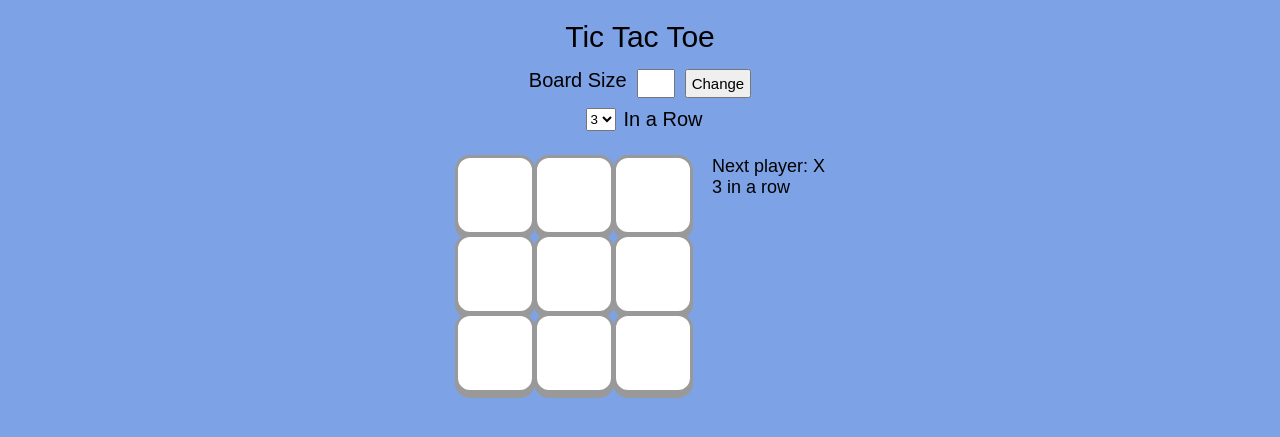
Repository: yshong211/tic-tac-toe-0708
Page: /
An editor plug-in stored every save of this project. The page is shown before and after the next save, followed by the edit.
The browser window is 1280 px wide. The pictures show the whole page.
The project was rebuilt for these pictures with package versions that can differ from the ones it lists, and the page was loaded fresh each time.

Above is the page before, as saved 2020-07-09 10:23:23.

### src/index.jsx
import React from 'react';
import ReactDOM from 'react-dom';
import './index.css';
import GetDim from './components/getDim/getDim';

// ========================================

// renders the game component to element

ReactDOM.render(<GetDim />, document.getElementById('root'));

### src/index.css
body {
  font: 18px 'Century Gothic', Futura, sans-serif; /* size, font */
  margin: 20px; /* space outside of border */
  background-color: rgb(126, 162, 230);
}

form {
  margin-bottom: 20px;
}

ol,
ul {
  padding-left: 30px; /* space b/t left border to content */
}

.board-row:after {
  clear: both;
  content: '';
  display: table;
}

.status {
  margin-bottom: 10px;
}


.square:focus {
  outline: none;
}

.kbd-navigation .square:focus {
  background: #ddd;
}

### src/components/getDim/getDim.jsx
import React from 'react';
import Game from '../game/game';
import './getDim.css';

export default class GetDim extends React.Component {
  constructor(props) {
    super(props);
    this.state = { rows: 3, winning: 3, board: [] };
    this.handleInputChange = this.handleInputChange.bind(this);
    this.handleClick = this.handleClick.bind(this);
  }

  handleInputChange(event) {
    const value = event.target.value;
    const name = event.target.name;
    this.setState({
      [name]: value,
    });
  }

  handleClick(e) {
    e.preventDefault();
    if (window.confirm('It will refresh the game! Continue?')) {
      if (this.refs.rows.value < 3 || this.refs.rows.value > 10) {
        alert('3-10 only');
      } else {
        this.setState({
          rows: this.refs.rows.value,
          board: [],
        });
      }
    }
  }

  how_many(rows) {
    let how = [];
    for (let i = 3; i <= rows; i++) {
      how.push(<option value={i}>{i}</option>);
    }
    return how;
  }

  render() {
    return (
      <div className="submission">
        <div className="game_name">Tic Tac Toe</div>
        <form>
          <label className="size">
            Board Size
            <br />
            <input ref="rows" type="number" />
            <button
              className="submit"
              onClick={(e) => {
                this.handleClick(e);
              }}
            >
              Change
            </button>
          </label>
        </form>

        <label className="win">
          <select
            className="win_select"
            name="winning"
            value={this.state.winning}
            onChange={this.handleInputChange}
          >
            {this.how_many(this.state.rows)}
          </select>
          In a Row
          <br />
        </label>

        <Game
          rows={parseInt(this.state.winning)}
          board_rows={parseInt(this.state.rows)}
          board={this.state.board}
        />
      </div>
    );
  }
}

### src/components/game/game.jsx
import React from 'react';
import Board from '../board/board';
import './game.css';

export default class Game extends React.Component {
  constructor(props) {
    super(props);
    this.state = {
      history: [], // track the last index
      stepNumber: 0, // count var
      xIsNext: true,
    };
  }

  hor(squares, row_length, count, x, o) {
    let index = 0;
    for (let i = 0; i < this.props.board_rows; i++) {
      for (let j = 0; j < this.props.board_rows; j++) {
        if (squares[index] === 'X') {
          x++;
          o = 0;
          count++;
        } else if (squares[index] === 'O') {
          o++;
          x = 0;
          count++;
        } else {
          count = 0;
        }
        index++;
        if (o >= row_length && count >= row_length) {
          return 'O';
        }
        if (x >= row_length && count >= row_length) {
          return 'X';
        }
      }
      x = 0;
      o = 0;
    }
  }

  vert(squares, row_length, count, x, o) {
    for (let i = 0; i < this.props.board_rows; i++) {
      for (
        let j = i;
        j < this.props.board_rows ** 2;
        j += this.props.board_rows
      ) {
        if (squares[j] === 'X') {
          x++;
          o = 0;
          count++;
        } else if (squares[j] === 'O') {
          o++;
          x = 0;
          count++;
        } else {
          count = 0;
        }
        if (o >= row_length && count >= row_length) {
          return 'O';
        }
        if (x >= row_length && count >= row_length) {
          return 'X';
        }
      }
      x = 0;
      o = 0;
    }
  }

  cross(squares, row_length, count, x, o) {
    //let track = 1;
    //let rows = this.props.board_rows;
    for (let i = row_length - 1; i < row_length ** 2 - 1; i += row_length - 1) {
      if (squares[i] === 'X') {
        x++;
      }
      if (squares[i] === 'O') {
        o++;
      }
      count++;
    }
    if (o === row_length) {
      return 'O';
    }
    if (x === row_length) {
      return 'X';
    }
    o = 0;
    x = 0;

    for (let j = row_length - 1; j < row_length ** 2 - 1; j += row_length - 1) {
      if (squares[j] === 'X') {
        x++;
      }
      if (squares[j] === 'O') {
        o++;
      }
      count++;
    }
    if (o === row_length) {
      return 'O';
    }
    if (x === row_length) {
      return 'X';
    }
    o = 0;
    x = 0;
  }

  calculateWinner(squares, rows) {
    const count = 0;
    const x = 0;
    const o = 0;
    if (
      this.hor(squares, rows, count, x, o) === 'O' ||
      this.hor(squares, rows, count, x, o) === 'X'
    ) {
      return this.hor(squares, rows, count, x, o);
    } else if (
      this.vert(squares, rows, count, x, o) === 'O' ||
      this.vert(squares, rows, count, x, o) === 'X'
    ) {
      return this.vert(squares, rows, count, x, o);
    } else if (
      this.cross(squares, rows, count, x, o) === 'O' ||
      this.cross(squares, rows, count, x, o) === 'X'
    ) {
      return this.cross(squares, rows, count, x, o);
    }

    return null;
  }

  handleClick(i) {
    const hist = this.state.history;
    const squares = this.props.board;
    const rows = this.props.rows;
    if (this.calculateWinner(squares, rows) || squares[i]) {
      // ends the game
      return;
    }
    squares[i] = this.state.xIsNext ? 'X' : 'O';
    hist.push(i);
    this.setState({
      board: squares,
      history: hist,
      stepNumber: this.state.history.length,
      xIsNext: !this.state.xIsNext, // changes turn
    });
  }

  jumpTo(history, board, step) {
    for (let i = history.length - 1; i >= step; i--) {
      board[history.pop()] = null;
    }
    this.setState({
      stepNumber: step,
      xIsNext: step % 2 === 0,
    });
  }

  render() {
    const board = this.props.board;
    const history = this.state.history;
    const rows = this.props.rows;
    const winner = this.calculateWinner(board, rows);
    const moves = history.map((step, move) => {
      const desc = move ? 'Go to move #' + move : 'Refresh';

      return (
        <li key={move}>
          <button onClick={() => this.jumpTo(history, board, move)}>
            {desc}
          </button>
        </li>
      );
    });

    let status;
    winner
      ? (status = 'Winner: ' + winner)
      : (status = 'Next player: ' + (this.state.xIsNext ? 'X' : 'O'));

    return (
      <div className="game">
        <div className="game-board">
          <Board
            rows={this.props.board_rows}
            squares={board}
            onClick={(i) => this.handleClick(i)}
          />
        </div>
        <div className="game-info">
          <div>{status}</div>
          <div>{rows} in a row</div>
          <ol>{moves}</ol>
        </div>
      </div>
    );
  }
}

### src/components/getDim/getDim.css
input {
  margin-left: 10px;
  width: 30px;
  height: 23px;
}
select {
  margin-left: 8px;
}
form {
  margin-bottom: 10px;
}
.game_name {
  font-size:30px;
  text-align: center;
  margin-bottom:15px;
}
.submit {
  margin-left: 10px;
  padding: 3px 5px;
  font-size: 15px;

}
.size {
  display: flex;
  font-size: 20px;
  justify-content: center;
}
.win {
  display: flex;
  font-size: 20px;
  justify-content: center;
  align-content: flex-start;
  padding: 0px;
  /*margin-top: 5px;*/
}
.win_select {
  margin-right: 8px;
}

### src/components/board/board.jsx
import React from 'react';
import Square from '../square/square';

export default class Board extends React.Component {
  renderSquare(i) {
    return (
      <Square
        value={this.props.squares[i]}
        onClick={() => this.props.onClick(i)}
      />
    );
  }
  create_rq(start, end) {
    let rows = [];
    for (let i = start; i < end; i++) {
      rows.push(this.renderSquare(i));
    }
    return rows;
  }
  create_row(start) {
    let board_r = [];
    for (let i = 0; i < start; i++) {
      let new_r = i * start;
      let new_end = parseInt(new_r) + parseInt(start);
      board_r.push(
        <div className="board-row">{this.create_rq(new_r, new_end)}</div>
      );
    }
    return board_r;
  }
  render() {
    return <div>{this.create_row(this.props.rows)}</div>;
  }
}

### src/components/game/game.css
.game {
    margin-top: 25px;
    display: flex;
    flex-direction: row;
    justify-content: center;
  }

  .game-info {
    margin-left: 20px;
  }

### src/components/square/square.jsx
import React from 'react';
import './square.css'

export default function Square(props) {
  return (
    <button className="square" onClick={props.onClick}>
      {props.value}
    </button>
  );
}

### src/components/square/square.css
.square {
  display: inline-block;
  background: rgb(255, 255, 255);
  border: 3px solid #999;
  float: left;
  font-size: 60px;
  cursor: pointer;
  font-weight: bold;
  line-height: 80px;
  height: 80px;
  margin-right: -1px;
  margin-top: -1px;
  padding: 0;
  text-align: center;
  width: 80px;
  border-radius: 15px;
  box-shadow: 0 5px #999;
}

.square:hover {
  background-color: #e6e6fa;
}
.square:active {
  background-color: #525252;
  box-shadow: 0 5px #666;
  transform: translateY(4px);
}

Loaded but not shown: public/index.html (common file)

After the next save:
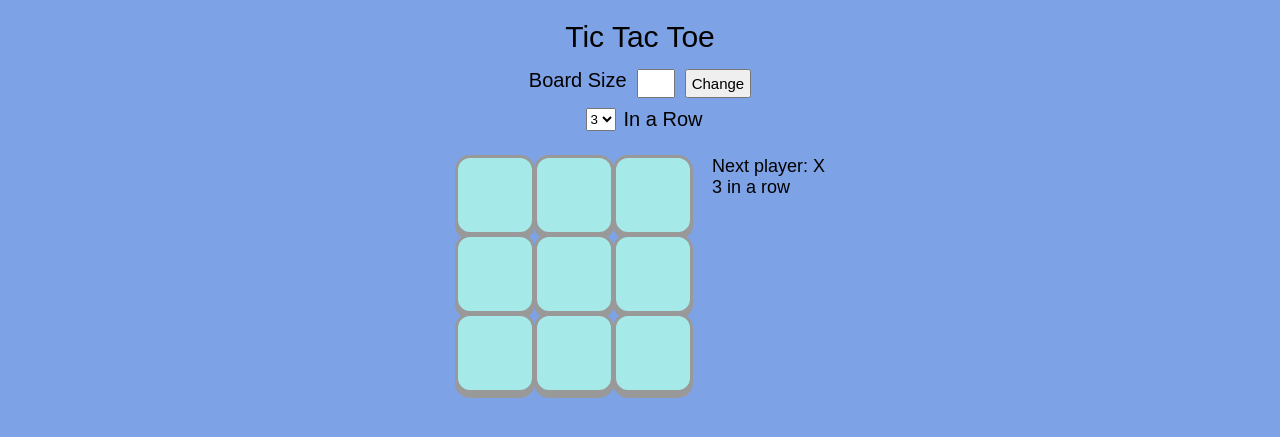
Saved 28 s later.
--- a/src/components/square/square.css
+++ b/src/components/square/square.css
@@ -1,6 +1,6 @@
 .square {
   display: inline-block;
-  background: rgb(255, 255, 255);
+  background: rgb(166, 233, 233);
   border: 3px solid #999;
   float: left;
   font-size: 60px;
